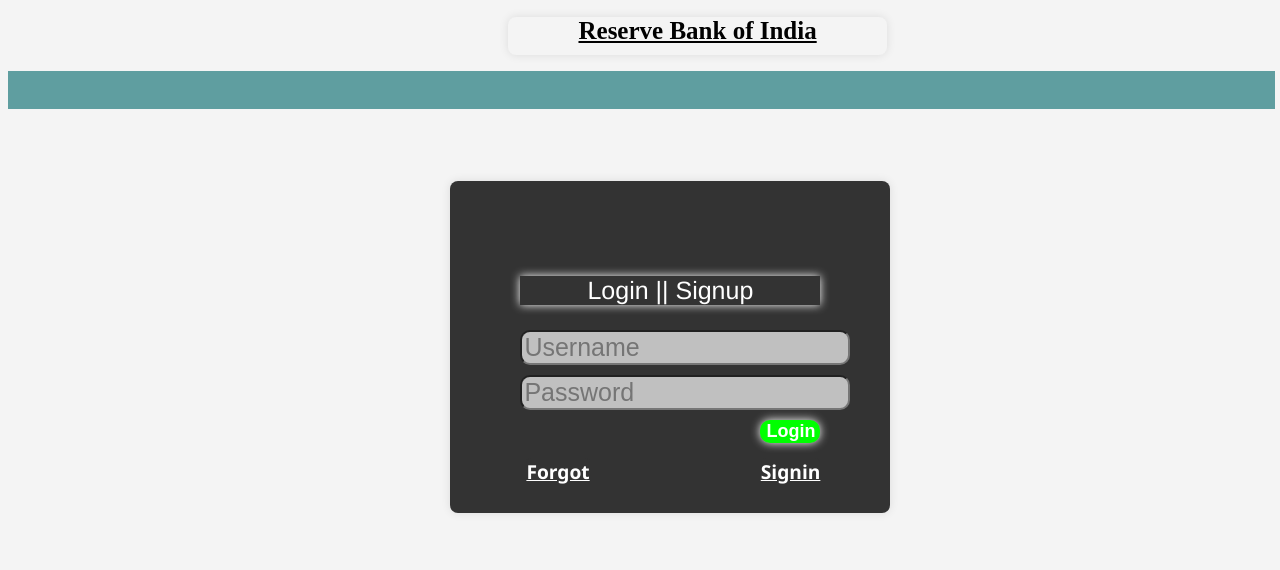
Repository: AbhishekSinghChouhan45/JSP-Projects
Page: http://localhost/BankProject/
These files come from the project's save history. The page is drawn as it stood at one moment and after the next save; the edit follows.
The browser window is 1280 px wide. The pictures show the whole page.
The page is served by Tomcat 10.

Above is the page before, as saved 2023-12-09 06:08:32.

After the next save:
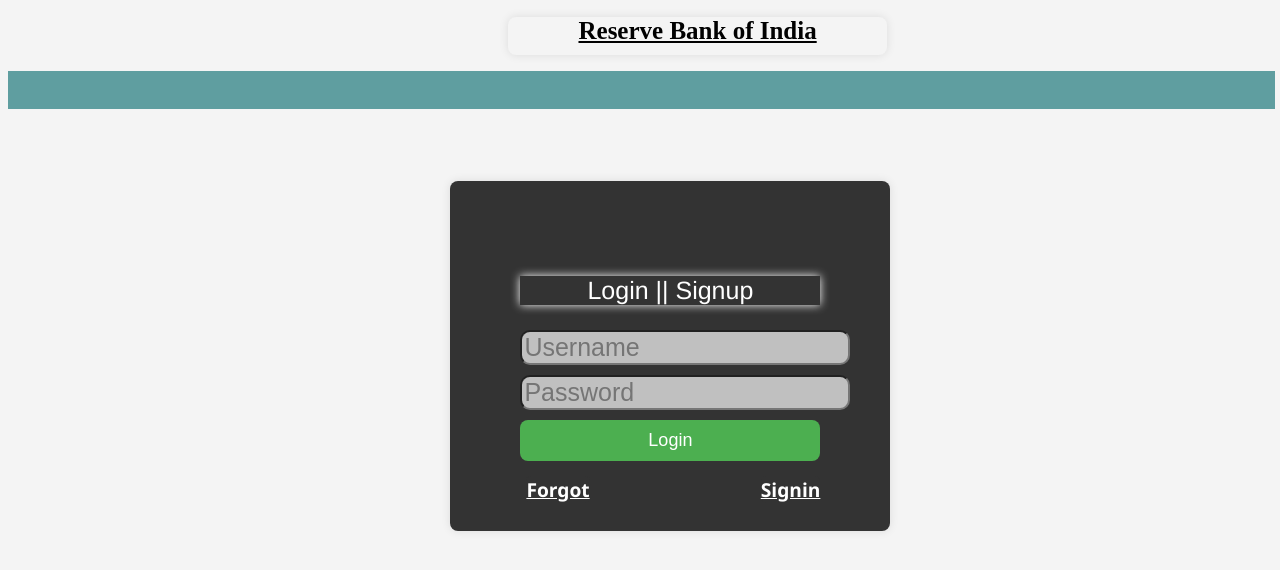
Saved 37 s later.
--- a/BankProject/src/main/webapp/style.css
+++ b/BankProject/src/main/webapp/style.css
@@ -52,15 +52,14 @@
 
 }
 form button{
-	font-size: 18px;
-	font-weight: 600;
-	border-radius: 10px;
-	margin-left: 80%;
-	background-color: rgb(0, 255, 0);
-	border-style: hidden;
-	box-shadow:  0 0 10px rgb(255, 255, 255);
-	width: 60px;
-	color: white;
+	 font-size: 18px;
+            border: none;
+            border-radius: 8px;
+            padding: 10px;
+            background-color: #4CAF50;
+            color: #fff;
+            width: 100%;
+            cursor: pointer;
 }
 #forgot{
 	margin-left: 2%;
